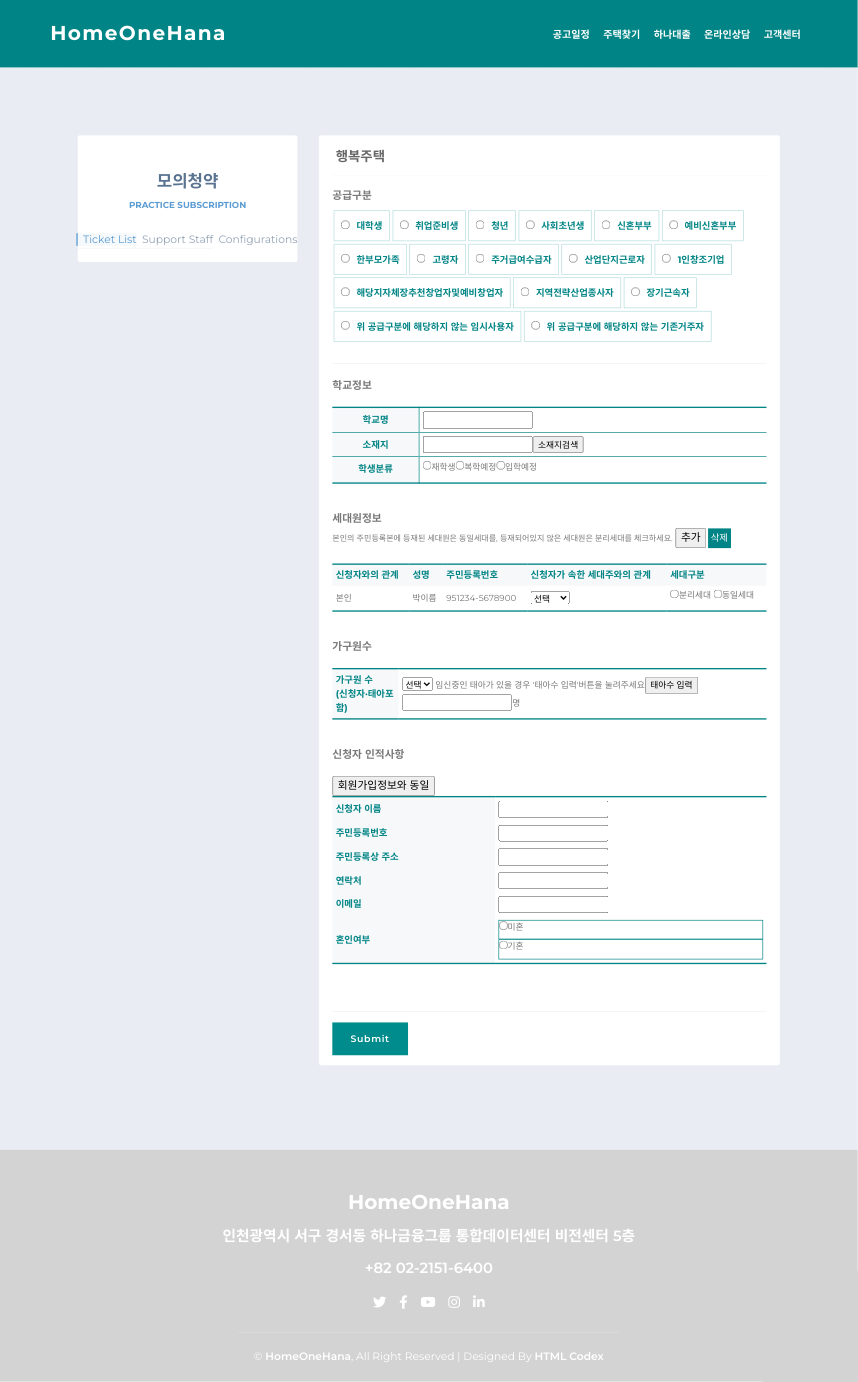
Repository: koposoftware/2021_10_syyoon
Page: http://localhost/HomeOneHana/WEB-INF/jsp/subscription/subscription.jsp
An editor plug-in stored every save of this project. The page is shown before and after the next save, followed by the edit.
The browser window is 1280 px wide. The pictures show the whole page, at 67% of full size.
Some icons come from a web library that is not loaded, so they are not drawn. Some web libraries are served in a nearby version. The page is served by Tomcat 9. Nobody is signed in. Other server files are loaded and not shown. The template is opened directly, without the code that normally fills it, so the values that code supplies are empty.

Above is the page before, as saved 2021-09-15 00:30:58.

### project/Spring-mvc/HomeOneHana/src/main/webapp/WEB-INF/jsp/subscription/subscription.jsp
<%@ page language="java" contentType="text/html; charset=UTF-8"
    pageEncoding="UTF-8"%>
<%@ taglib prefix="c" uri="http://java.sun.com/jsp/jstl/core" %>
<!DOCTYPE html>
<html>
<head>
<meta charset="UTF-8">
<title>HomeOneHana::모의청약</title>
<link href="${ pageContext.request.contextPath }/resources/css/top/menubg.css" rel="stylesheet">
<link href="${ pageContext.request.contextPath }/resources/css/subscription/subscription.css" rel="stylesheet">
<script src="https://code.jquery.com/jquery-3.6.0.js"></script>

<script
	src="//t1.daumcdn.net/mapjsapi/bundle/postcode/prod/postcode.v2.js"></script>
</head>
<body>
	<header>
		<div class="limiter">
			<div class="container-login100">
				<div class="wrap-login100">
					<jsp:include page="../include/topMenu.jsp" />
				</div>
			</div>
		</div>

	</header>
	<section>

		<div class="container">
			<div class="col-md-12 bgcol">
			    <div class="col-md-4">
			        <div class="portlet light profile-sidebar-portlet bordered">
			            <div class="profile-usertitle">
			                <div class="profile-usertitle-name"> 모의청약 </div>
			                <div class="profile-usertitle-job"> practice subscription </div>
			            </div>

			            <div class="profile-usermenu">
			                <ul class="nav">
			                    <li class="active">
			                        <a href="#">
			                            <i class="icon-home"></i> Ticket List </a>
			                    </li>
			                    <li>
			                        <a href="#">
			                            <i class="icon-settings"></i> Support Staff </a>
			                    </li>
			                    <li>
			                        <a href="#">
			                            <i class="icon-info"></i> Configurations </a>
			                    </li>
			                </ul>
			            </div>
			        </div>
			    </div>
			    <div class="col-md-8">
			        <div class="portlet light bordered">
			            <div class="portlet-title tabbable-line">
			                <div class="caption caption-md">
			                    <i class="icon-globe theme-font hide"></i>
			                    <span class="caption-subject font-blue-madison bold uppercase">행복주택</span>
			                </div>
			            </div>
			            <div class="portlet-body">
			                <div>


			                    <!-- Tab panes -->
			                    <div class="tab-content">
			                        <div role="tabpanel" class="tab-pane active" id="home">
			                            <form method="get" action="${ pageContext.request.contextPath }/subscription">
			                              <div class="form-group" >
			                                <label class="ititle" >공급구분</label>
			                                	<ul class="nav btnBox" id="inputcerti">
			                                		<li class="btnOutline"><input type="radio" onClick="getvalue(this.value)" id="대학생" value="대학생" name="certification" ><label class="icontent" for="대학생"> 대학생</label></li>
			                                		<li class="btnOutline"><input type="radio" onClick="getvalue(this.value)" id="취업준비생" value="취업준비생" name="certification" ><label class="icontent" for="취업준비생"> 취업준비생</label></li>
			                                		<li class="btnOutline"><input type="radio" onClick="getvalue(this.value)" id="청년" value="청년" name="certification" ><label class="icontent" for="청년"> 청년</label></li>
			                                		<li class="btnOutline"><input type="radio" onClick="getvalue(this.value)" id="사회초년생" value="사회초년생" name="certification" ><label class="icontent" for="사회초년생"> 사회초년생</label></li>
			                                		<li class="btnOutline"><input type="radio" onClick="getvalue(this.value)" id="신혼부부"  value="신혼부부" name="certification" ><label class="icontent" for="신혼부부" > 신혼부부</label></li>
			                                		<li class="btnOutline"><input type="radio" onClick="getvalue(this.value)" id="예비신혼부부" value="예비신혼부부" name="certification" ><label class="icontent" for="예비신혼부부"> 예비신혼부부</label></li>
			                                		<li class="btnOutline"><input type="radio" onClick="getvalue(this.value)" id="한부모가족" value="한부모가족" name="certification" ><label class="icontent" for="한부모가족"> 한부모가족</label></li>
			                                		<li class="btnOutline"><input type="radio" onClick="getvalue(this.value)" id="고령자" value="고령자" name="certification" ><label class="icontent" for="고령자"> 고령자</label></li>
			                                		<li class="btnOutline"><input type="radio" onClick="getvalue(this.value)" id="주거급여수급자" value="주거급여수급자" name="certification" ><label class="icontent" for="주거급여수급자"> 주거급여수급자</label></li>
			                                		<li class="btnOutline"><input type="radio" onClick="getvalue(this.value)" id="산업단지근로자" value="산업단지근로자" name="certification" ><label class="icontent" for="산업단지근로자"> 산업단지근로자</label></li>
			                                		<li class="btnOutline"><input type="radio" onClick="getvalue(this.value)" id="1인창조기업" value="1인 창조기업" name="certification" ><label class="icontent" for="1인창조기업"> 1인창조기업</label></li>
			                                		<li class="btnOutline"><input type="radio" onClick="getvalue(this.value)" id="해당지자체장추천창업자및예비창업자" value="해당 지자체장 추천 창업자 및 예비 창업자" name="certification" ><label class="icontent" for="해당지자체장추천창업자및예비창업자"> 해당지자체장추천창업자및예비창업자</label></li>
			                                		<li class="btnOutline"><input type="radio" onClick="getvalue(this.value)" id="지역전략산업종사자" value="지역전략산업 종사자" name="certification" ><label class="icontent" for="지역전략산업종사자"> 지역전략산업종사자</label></li>
			                                		<li class="btnOutline"><input type="radio" onClick="getvalue(this.value)" id="장기근속자" value="장기근속자" name="certification" ><label class="icontent" for="장기근속자"> 장기근속자</label></li>
			                                		<li class="btnOutline"><input type="radio" onClick="getvalue(this.value)" id="etc1" value="위 공급구분에 해당하지 않는 임시사용자" name="certification" ><label class="icontent" for="etc1"> 위 공급구분에 해당하지 않는 임시사용자</label></li>
			                                		<li class="btnOutline"><input type="radio" onClick="getvalue(this.value)" id="etc2" value="위 공급구분에 해당하지 않는 기존거주자" name="certification" ><label class="icontent" for="etc2"> 위 공급구분에 해당하지 않는 기존거주자</label></li>
			                                	</ul>
			                              </div>
			                                <div id="ranking-group">

			                                </div>
			                                <div id="insertdetailinfo">
			                                	<div class="form-group">
			                                		<div class="detailBox">
			                                			<div class="detailtitle">
			                                				<div class="ititle">학교정보</div>
			                                			</div>
				                                		<table class="detailinfotbl" id="schooltbl">
				                                			<tr>
				                                				<th><div class="icontent">학교명</div></th>
				                                				<td><input type="text" name="schoolname"></td>
				                                			</tr>
				                                			<tr>
				                                				<th><div class="icontent">소재지</div></th>
				                                				<td><input type="text" id="addr1" name="schooladdr"><input type="button" value="소재지검색" onclick="execDaumPostcode()"></td>
				                                			</tr>
				                                			<tr>
				                                				<th><div class="icontent">학생분류</div></th>
				                                				<td>
				                                					<div class="radioBox">
					                                					<div><input type="radio" id="재학생" name="schooltype" value="재학생"><label for="재학생"  class="ranktitle"> 재학생</label></div>
						                                				<div><input type="radio" id="복학예정" name="schooltype" value="복학예정"><label for="복학예정"  class="ranktitle"> 복학예정</label></div>
						                                				<div><input type="radio" id="입학예정" name="schooltype" value="입학예정"><label for="입학예정"  class="ranktitle"> 입학예정</label></div>
					                                				</div>
					                                			</td>
				                                			</tr>
				                                		</table>
				                                	</div>

				                                	<div class="detailBox">
				                                		<div class="detailtitle">
			                                				<div class="ititle">세대원정보</div>
					                                		<div class="isubtitle">
					                                		<span>본인의 주민등록본에 등재된 세대원은 동일세대를, 등재되어있지 않은 세대원은 분리세대를 체크하세요.</span>
					                                		<input type="button" value="추가"><input type="button" class="detailbtn" value="삭제"></div>
			                                			</div>
				                                		<table class="detailinfotbl">
				                                			<thead>
					                                			<tr>
					                                				<th><div class="icontent">신청자와의 관계</div></th>
					                                				<th><div class="icontent">성명</div></th>
					                                				<th><div class="icontent">주민등록번호</div></th>
					                                				<th><div class="icontent">신청자가 속한 세대주와의 관계</div></th>
					                                				<th><div class="icontent">세대구분</div></th>
					                                			</tr>
				                                			</thead>
				                                			<tbody>
				                                				<tr>
				                                					<td>본인</td>
				                                					<td>박이름</td>
				                                					<td>951234-5678900</td>
				                                					<td><select>
				                                							<option selected>선택</option>
				                                							<option>부모</option>
				                                							<option>자식</option>
				                                							<option>형제</option>
				                                							<option>조부모</option>
				                                						</select>
				                                					</td>
				                                					<td>
				                                						<input type="radio" id="seperate" name="familytype" value="분리세대"><label for="seperate" >분리세대</label>
				                                						<input type="radio" id="same" name="familytype" value="동일세대"><label for="same" >동일세대</label>
				                                					</td>
				                                			</tbody>
				                                		</table>
				                                	</div>
				                                	<div class="detailBox">
				                                		<div class="detailtitle">
			                                				<div class="ititle">가구원수</div>
			                                			</div>
				                                		<table class="detailinfotbl">
				                                			<tr>
				                                				<th><div class="icontent">가구원 수<br>(신청자·태아포함)</div></th>
				                                				<td><select>
			                                							<option selected>선택</option>
			                                							<option>1</option>
			                                							<option>2</option>
			                                							<option>3</option>
			                                							<option>4</option>
			                                						</select>
			                                						임신중인 태아가 있을 경우 '태아수 입력'버튼을 눌려주세요<input type="button" value="태아수 입력"><input type="text">명
			                                					</td>
				                                			</tr>
				                                		</table>

				                                	</div>
				                                	<div class="detailBox">
				                                		<div class="detailtitle">
			                                				<div class="ititle">신청자 인적사항</div>
			                                			</div>
				                                		<input type="button" value="회원가입정보와 동일">
				                                		<table class="detailinfotbl">

				                                			<tr>
				                                				<th><div class="icontent">신청자 이름</div></th>
				                                				<td><input type="text" name="name"></td>
				                                			</tr>
				                                			<tr>
				                                				<th><div class="icontent">주민등록번호</div></th>
				                                				<td><input type="text" name="rescode"></td>
				                                			</tr>
				                                			<tr>
				                                				<th><div class="icontent">주민등록상 주소</div></th>
				                                				<td><input type="text" name="addrs"></td>
				                                			</tr>
				                                			<tr>
				                                				<th><div class="icontent">연락처</div></th>
				                                				<td><input type="text" name="tel"></td>
				                                			</tr>
				                                			<tr>
				                                				<th><div class="icontent">이메일</div></th>
				                                				<td><input type="text" name="email"></td>
				                                			</tr>
				                                			<tr>
			                                				<th><div class="icontent">혼인여부</div></th>
				                                				<td>
				                                					<div style="border:1px solid #008485;"><input type="radio" id="재학생" name="marry" value="N"><label for="재학생"  class="ranktitle"> 미혼</label></div>
				                                					<div style="border:1px solid #008485;"><input type="radio" id="복학예정" name="marry" value="Y"><label for="복학예정"  class="ranktitle"> 기혼</label></div>
				                                				</td>
			                                				</tr>
				                                		</table>
				                              		</div>
				                              </div>
			                                </div>
			                              <button type="submit" class="btn btn-default">Submit</button>
			                            </form>
			                        </div>
			                        <div role="tabpanel" class="tab-pane" id="profile">Profile</div>
			                        <div role="tabpanel" class="tab-pane" id="messages">Messages</div>
			                        <div role="tabpanel" class="tab-pane" id="settings">Settings</div>
			                    </div>

			                </div>
			            </div>
			        </div>
			    </div>
			</div>
			</div>

	</section>
	<script src="${ pageContext.request.contextPath }/resources/js/subscription/subscription.js"></script>
	<footer>
		<jsp:include page="../include/bottomMenu.jsp" />
	</footer>
</body>
</html>

### project/Spring-mvc/HomeOneHana/src/main/webapp/WEB-INF/jsp/include/bottomMenu.jsp
<%@ page language="java" contentType="text/html; charset=UTF-8"
    pageEncoding="UTF-8"%>
		<!-- Footer Start -->
        <div class="footer wow fadeIn" data-wow-delay="0.3s">
            <div class="container-fluid">
                <div class="container">
                    <div class="footer-info">
                        <h2>HomeOneHana</h2>
                        <h3>인천광역시 서구 경서동 하나금융그룹 통합데이터센터 비전센터 5층</h3>
                        <div class="footer-menu">
                            <p>+82 02-2151-6400</p>
                        </div>
                        <div class="footer-social">
                            <a href=""><i class="fab fa-twitter"></i></a>
                            <a href=""><i class="fab fa-facebook-f"></i></a>
                            <a href=""><i class="fab fa-youtube"></i></a>
                            <a href=""><i class="fab fa-instagram"></i></a>
                            <a href=""><i class="fab fa-linkedin-in"></i></a>
                        </div>
                    </div>
                </div>
                <div class="container copyright">
                    <p>&copy; <a href="#">HomeOneHana</a>, All Right Reserved | Designed By <a href="https://htmlcodex.com">HTML Codex</a></p>
                </div>
            </div>
        </div>
        <!-- Footer End -->


        <!-- Back to top button -->
        <a href="#" class="btn back-to-top"><i class="fa fa-chevron-up"></i></a>


        <!-- Pre Loader -->
        <div id="loader" class="show">
            <div class="loader"></div>
        </div>


		<!-- JavaScript Libraries -->
        <script src="https://code.jquery.com/jquery-3.4.1.min.js"></script>
        <script src="https://stackpath.bootstrapcdn.com/bootstrap/4.4.1/js/bootstrap.bundle.min.js"></script>
        <script src="${ pageContext.request.contextPath }/resources/lib/easing/easing.min.js"></script>
        <script src="${ pageContext.request.contextPath }/resources/lib/wow/wow.min.js"></script>
        <script src="${ pageContext.request.contextPath }/resources/lib/waypoints/waypoints.min.js"></script>
        <script src="${ pageContext.request.contextPath }/resources/lib/typed/typed.min.js"></script>
        <script src="${ pageContext.request.contextPath }/resources/lib/owlcarousel/owl.carousel.min.js"></script>
        <script src="${ pageContext.request.contextPath }/resources/lib/isotope/isotope.pkgd.min.js"></script>
        <script src="${ pageContext.request.contextPath }/resources/lib/lightbox/js/lightbox.min.js"></script>

        <!-- Contact Javascript File -->
        <script src="${ pageContext.request.contextPath }/resources/mail/jqBootstrapValidation.min.js"></script>
        <script src="${ pageContext.request.contextPath }/resources/mail/contact.js"></script>

        <!-- Template Javascript -->
        <script src="${ pageContext.request.contextPath }/resources/js/main.js"></script>

### project/Spring-mvc/HomeOneHana/src/main/webapp/resources/css/top/menubg.css
@charset "UTF-8";


header{
	height:101px;
	background-color:#008485;
}
@media(max-width:992px){
	header{
		height:70px;
	}
}

Loaded but not shown: project/Spring-mvc/HomeOneHana/src/main/webapp/resources/lib/animate/animate.min.css (library); project/Spring-mvc/HomeOneHana/src/main/webapp/resources/lib/owlcarousel/assets/owl.carousel.min.css (common file); project/Spring-mvc/HomeOneHana/src/main/webapp/resources/lib/lightbox/css/lightbox.min.css (common file); project/Spring-mvc/HomeOneHana/src/main/webapp/resources/lib/easing/easing.min.js (common file); project/Spring-mvc/HomeOneHana/src/main/webapp/resources/lib/wow/wow.min.js (library); project/Spring-mvc/HomeOneHana/src/main/webapp/resources/lib/waypoints/waypoints.min.js (library); project/Spring-mvc/HomeOneHana/src/main/webapp/resources/lib/typed/typed.min.js (library); project/Spring-mvc/HomeOneHana/src/main/webapp/resources/lib/owlcarousel/owl.carousel.min.js (library); project/Spring-mvc/HomeOneHana/src/main/webapp/resources/lib/isotope/isotope.pkgd.min.js (library); project/Spring-mvc/HomeOneHana/src/main/webapp/resources/lib/lightbox/js/lightbox.min.js (library); project/Spring-mvc/HomeOneHana/src/main/webapp/resources/mail/jqBootstrapValidation.min.js (library); project/Spring-mvc/HomeOneHana/src/main/webapp/resources/js/subscription/subscription.js (162 lines, source omitted); project/Spring-mvc/HomeOneHana/src/main/webapp/resources/js/main.js (108 lines, source omitted); project/Spring-mvc/HomeOneHana/src/main/webapp/resources/mail/contact.js (65 lines, source omitted); project/Spring-mvc/HomeOneHana/src/main/webapp/resources/css/subscription/subscription.css (2137 lines, source omitted); project/Spring-mvc/HomeOneHana/src/main/webapp/resources/css/style.css (1648 lines, source omitted); project/Spring-mvc/HomeOneHana/src/main/webapp/WEB-INF/jsp/include/topMenu.jsp (60 lines, source omitted)

After the next save:
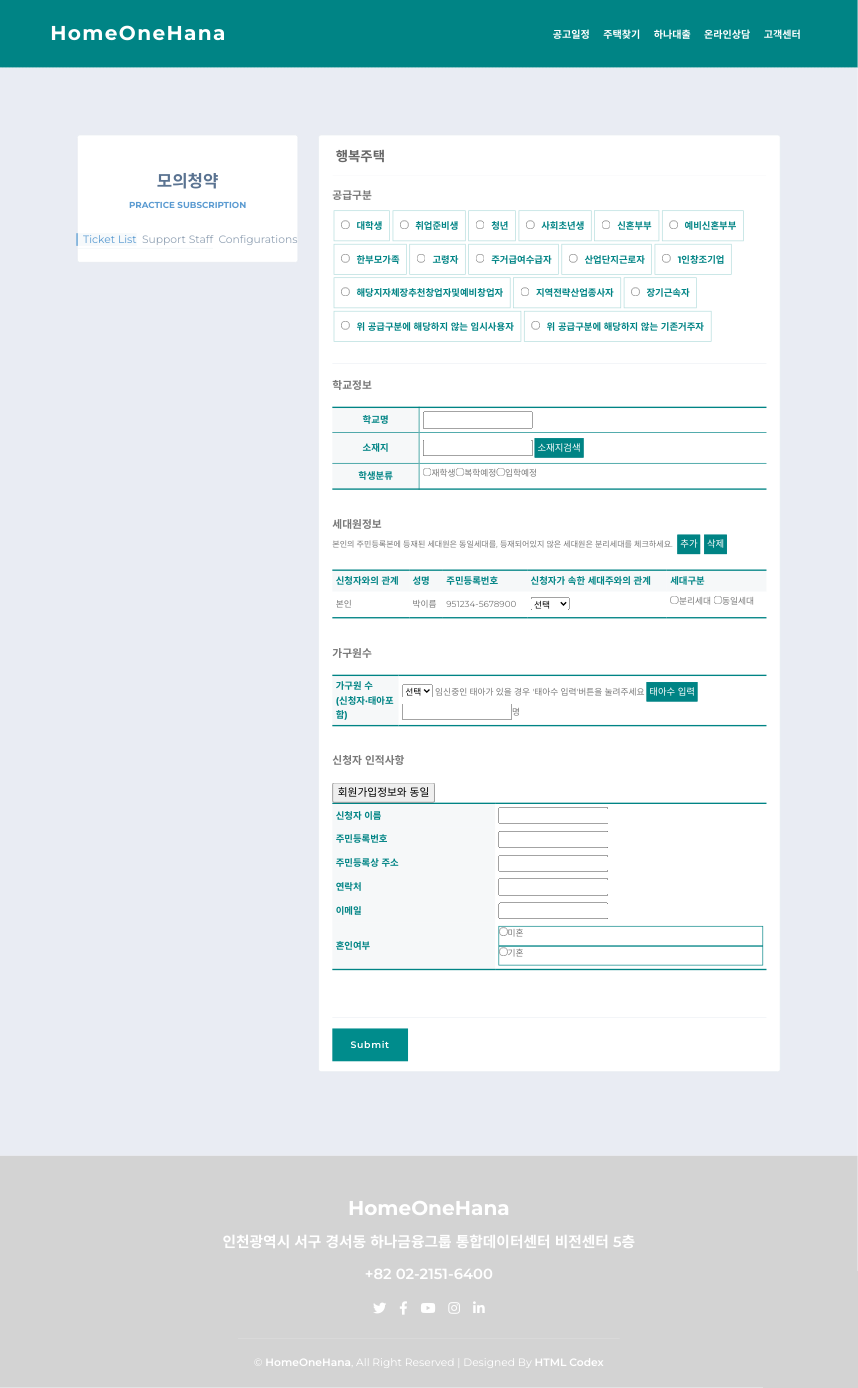
Saved 4 min 18 s later.
--- a/project/Spring-mvc/HomeOneHana/src/main/webapp/WEB-INF/jsp/subscription/subscription.jsp
+++ b/project/Spring-mvc/HomeOneHana/src/main/webapp/WEB-INF/jsp/subscription/subscription.jsp
@@ -106,7 +106,7 @@
 				                                			</tr>
 				                                			<tr>
 				                                				<th><div class="icontent">소재지</div></th>
-				                                				<td><input type="text" id="addr1" name="schooladdr"><input type="button" value="소재지검색" onclick="execDaumPostcode()"></td>
+				                                				<td><input type="text" id="addr1" name="schooladdr"><input type="button" class="detailbtn" value="소재지검색" onclick="execDaumPostcode()"></td>
 				                                			</tr>
 				                                			<tr>
 				                                				<th><div class="icontent">학생분류</div></th>
@@ -126,7 +126,7 @@
 			                                				<div class="ititle">세대원정보</div>
 					                                		<div class="isubtitle">
 					                                		<span>본인의 주민등록본에 등재된 세대원은 동일세대를, 등재되어있지 않은 세대원은 분리세대를 체크하세요.</span>
-					                                		<input type="button" value="추가"><input type="button" class="detailbtn" value="삭제"></div>
+					                                		<input type="button" class="detailbtn" value="추가"><input type="button" class="detailbtn" value="삭제"></div>
 			                                			</div>
 				                                		<table class="detailinfotbl">
 				                                			<thead>
@@ -172,7 +172,7 @@
 			                                							<option>3</option>
 			                                							<option>4</option>
 			                                						</select>
-			                                						임신중인 태아가 있을 경우 '태아수 입력'버튼을 눌려주세요<input type="button" value="태아수 입력"><input type="text">명
+			                                						임신중인 태아가 있을 경우 '태아수 입력'버튼을 눌려주세요<input type="button" class="detailbtn" value="태아수 입력"><input type="text">명
 			                                					</td>
 				                                			</tr>
 				                                		</table>
